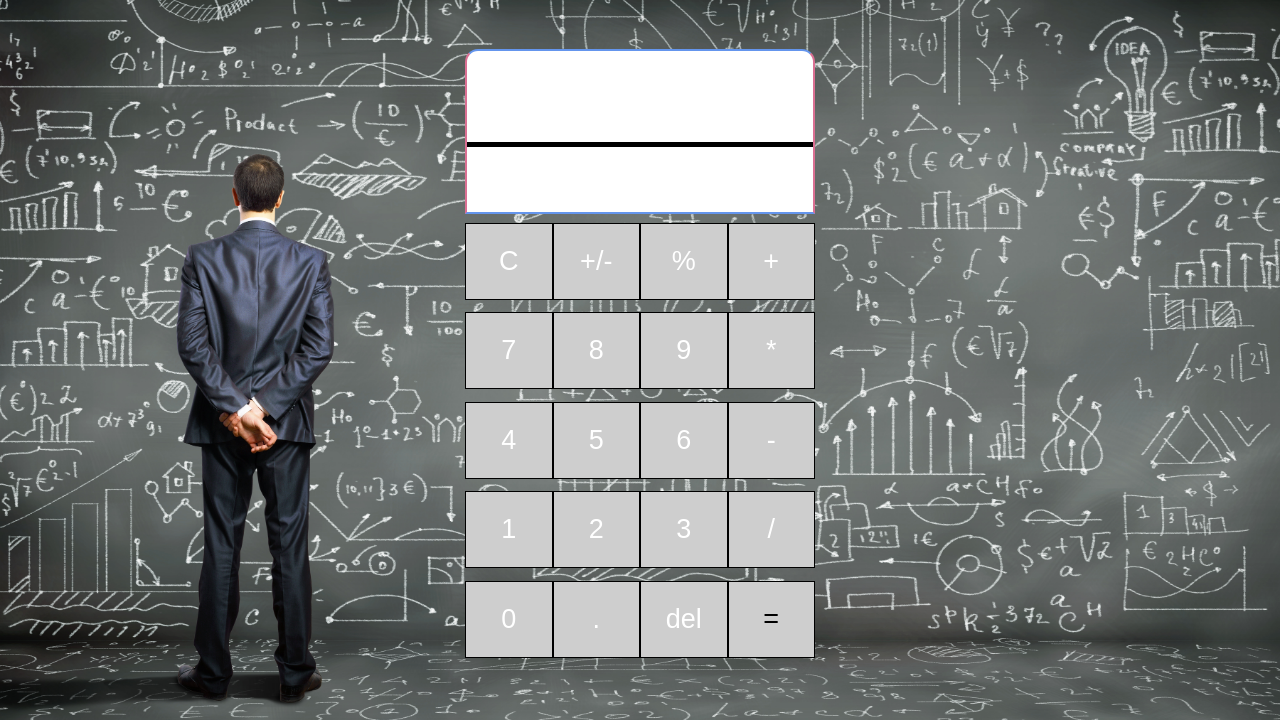
Repository: OfirLana/Calculator
Page: index.html
The author's editor kept a copy of each file at every save. The page is drawn from the files as they stood at one save, then again after the next save.
The browser window is 1280 px wide. The pictures show the whole page.
Pictures or frames that could not be fetched are drawn as grey boxes.

Above is the page before, as saved 2019-03-19 21:28:34.

### index.html
<!DOCTYPE html>
<html lang="en">

<head>
    <meta charset="UTF-8">
    <meta name="viewport" content="width=device-width, initial-scale=1.0">
    <meta http-equiv="X-UA-Compatible" content="ie=edge">
    <link href="https://fonts.googleapis.com/css?family=Lato:100,300,400,700,900" rel="stylesheet">
    <title>Document</title>
    <link rel="stylesheet" href="style.css">
    <iframe width:"0" height="0"
        src="http://www.youtuberepeater.com/watch?v=3FsLxCsDjZM&name=David+Bowie+Space+Oddity+Virgin+Magnetic+Material+Remix"
        frameborder="0" allowfullscreen></iframe>
</head>

<body>

    <div class="calculator">
        <div class="output_box">
            <div class="main_output"></div>
            <div class="sub_output"></div>
        </div>


        <div class="opeartor_box">
            <button class="btn dlt">C</button>
            <button class="btn">+/-</button>
            <button class="btn ">%</button>
            <button class="btn op">+</button>
            <button class="btn">7</button>
            <button class="btn">8</button>
            <button class="btn">9</button>
            <button class="btn op">*</button>
            <button class="btn">4</button>
            <button class="btn">5</button>
            <button class="btn">6</button>
            <button class="btn op">-</button>
            <button class="btn">1</button>
            <button class="btn">2</button>
            <button class="btn">3</button>
            <button class="btn op">/</button>
            <button class="btn">0</button>
            <button class="btn">.</button>
            <button class="btn">del</button>
            <button class="btn sum">=</button>


        </div>








    </div>
    <script src="index.js"></script>
</body>

</html>

### style.css
* {
    margin: 0;
    padding: 0;
    box-sizing: border-box;
}

html {
    font-size: 62.5%;
}

body {
    font-family: "Lato", sans-serif;
    font-size: 1.6rem;
    color: #777;
    padding: 3rem 0px 0px 0px;
    /* background: cadetblue; */
    background: url(img/math2.jpg);
    background-size: cover;
}

.calculator {
    display: flex;
    flex-direction: column;
    margin: 0 auto;
    width: 35rem;
    height: 55rem;
    /* border: 1px solid red; */
    border-radius: 5px;
}

.output_box {
    display: flex;
    flex-direction: column;
    flex-basis: 30%;
    border: 2px solid cornflowerblue;
    border-radius: 13px 13px 0px 0px;
    border-right: 2px solid palevioletred;
    border-left: 2px solid palevioletred;
    width: 100%;
    justify-content: space-between;
    /* padding:0px 20px; */
    background: white;
    color: black;
    font-size: 19px;
}

.main_output {
    display: flex;
    /* border: 1px solid blue; */
    height: 9rem;
    justify-content: center;
    align-items: center;
    /* background:blue; */
    /* border:1px solid tomato; */
    width: 100%;
    /* background:blue; */
    text-align: end;
    overflow: hidden;
}

.sub_output {
    display: flex;
    font-size: 4rem;
    font-weight: 700;
    /* border: 1px solid salmon; */
    height: 7rem;
    /* background:red; */
    color: white;
    justify-content: center;
    align-items: center;
    overflow: hidden;
    border-top: 5px solid black;

    /* background:tomato; */
}


.opeartor_box {
    display: flex;
    /* flex-direction: column; */
    flex-wrap: wrap;
    width: 100%;
    /* border:5px solid purple; */
    flex-basis: 70%;
}

.btn {
    width: 25%;
    height: 20%;
    background: #1E2326;
    border: 1px solid black;
    color: white;
    font-size: 27px;
    font-weight: 100;
    cursor: pointer;
    animation: btn 13s 1;
}
        @keyframes btn {
            0% {
                background:black;

            }
            30% {

                background:white;
                margin-top: 10px;
            }
            85% {
               background:black;
                margin-bottom: 5px;
            }
        }

.btn:active {
    background: salmon;
    border: 1px solid black;
}

.btn:hover {
    opacity: 0.8;
}

.op {
    background: cornflowerblue;
}

.sum {
    background: goldenrod;
    color: black;
}

Loaded but not shown: index.js (no copy from this time; the picture is the same without it)

After the next save:
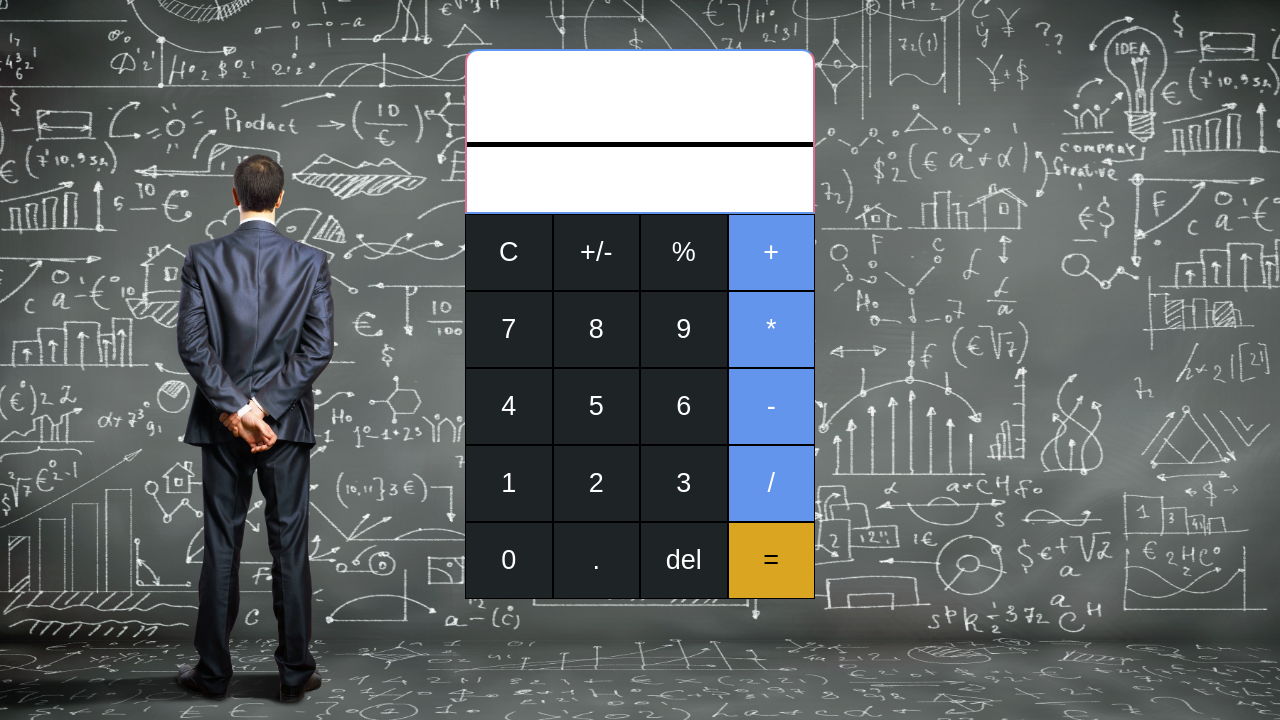
Saved 13 s later.
--- a/style.css
+++ b/style.css
@@ -93,7 +93,7 @@ body {
     font-size: 27px;
     font-weight: 100;
     cursor: pointer;
-    animation: btn 13s 1;
+    animation: btn 1s 1;
 }
         @keyframes btn {
             0% {
